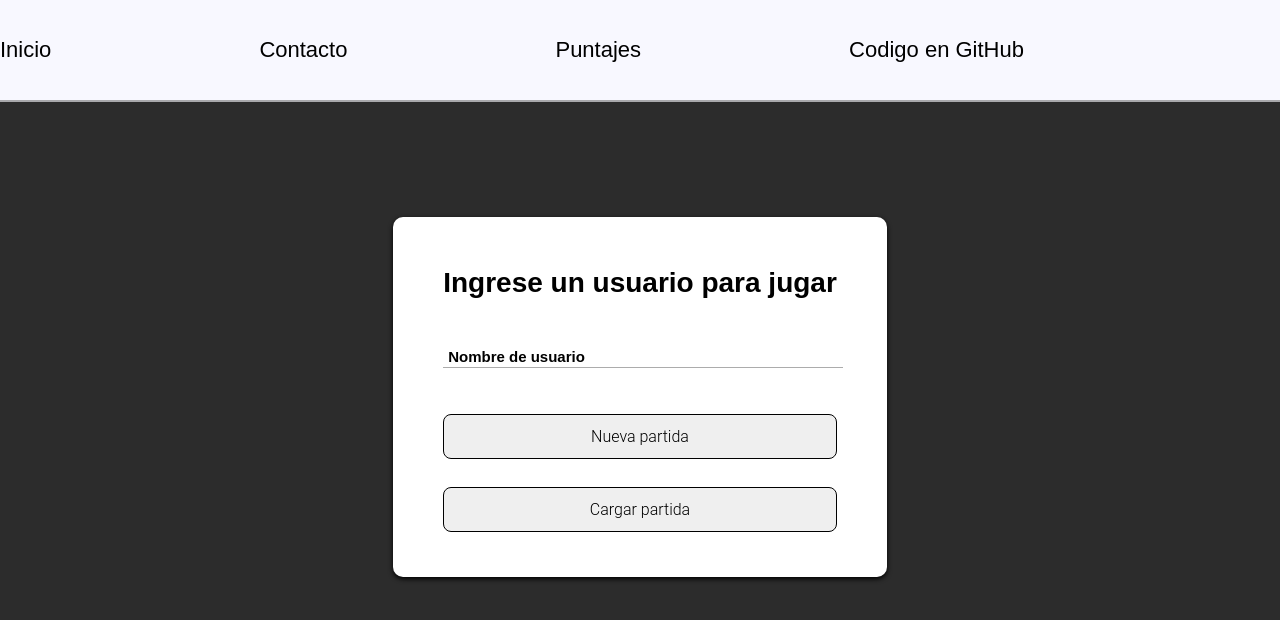
Repository: FacundoKinderknecht/FacundoKinderknecht_Wordle_Game_LPPA
Page: index.html
An editor plug-in stored every save of this project. The page is shown before and after the next save, followed by the edit.
The browser window is 1280 px wide. The pictures show the whole page.

Above is the page before, as saved 2023-08-08 02:57:38.

After the next save:
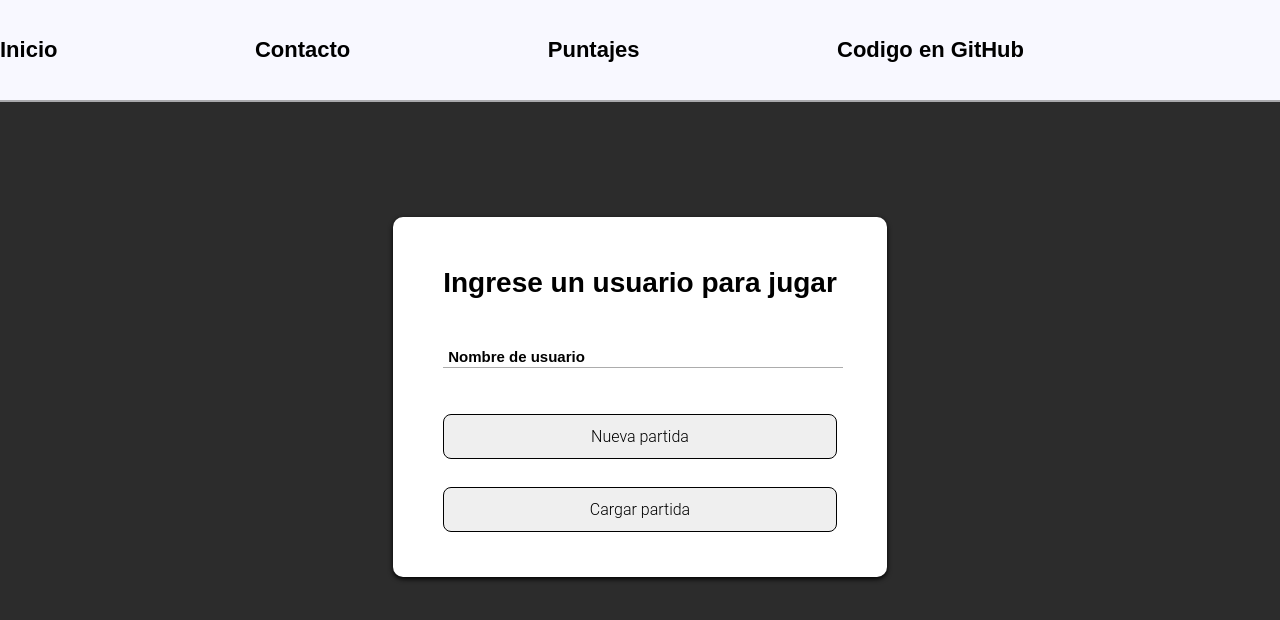
Saved 57 s later.
--- a/css/styles.css
+++ b/css/styles.css
@@ -25,7 +25,7 @@ header nav{
 
 header nav a{
     text-decoration: none;
-    font-weight: 400;
+    font-weight: bold;
     font-size: 22px;
     color: black;
 }
